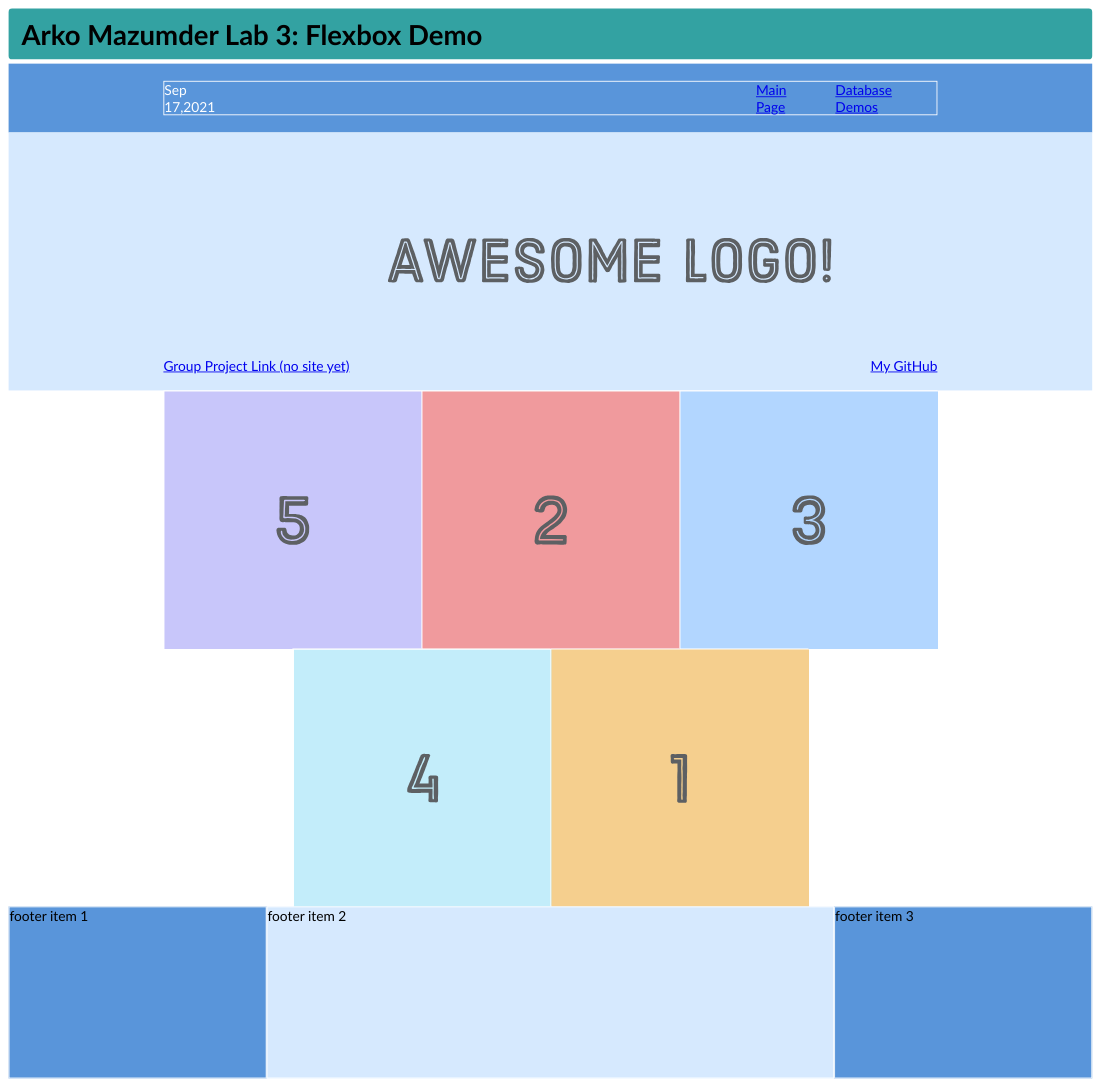
Repository: arkomz/INST377-Lab-Work
Page: client/lab_3/index.html
These files come from the project's save history. The page is drawn as it stood at one moment and after the next save; the edit follows.
The browser window is 1280 px wide. The pictures show the whole page, at 86% of full size.

Above is the page before, as saved 2021-09-17 15:36:53.

### client/lab_3/index.html
<!DOCTYPE html>
<html lang='en'>
  <head>
    <meta charset='UTF-8'/>
    <title>Arko Mazumder</title>
    <link rel='stylesheet' href='styles.css'/>
  </head>
  <body>
    <div class = 'wrapper'>
    <h1 class='title'> Arko Mazumder Lab 3: Flexbox Demo</h1>
    <div class='menu-container'>
      <div class='menu'>
        <div class='date'>Sep 17,2021</div>

        <div class='signup'> <a href = 'index.html'> Main Page</a> </div>
        <div class='login'> <a href = 'data.html'> Database Demos</a> </div>

      </div>
      </div>

      <div class='header-container'>
            <div class='header'>
            <div class='subscribe'> <a href =  "https://INST377Group4.com"> Group Project Link (no site yet)</a></div>
            <div class='logo'><img src='images/awesome-logo.svg'/></div>
            <div class='social'> <a href = "https://github.com/arkomz"> My GitHub </a> </div>
          </div>
        </div>

    <div class='photo-grid-container'>
              <div class='photo-grid'>
                <div class='photo-grid-item first-item'>
                  <img src='images/one.svg'/>
                </div>
                <div class='photo-grid-item'>
                  <img src='images/two.svg'/>
                </div>
                <div class='photo-grid-item'>
                  <img src='images/three.svg'/>
                </div>
                <div class='photo-grid-item'>
                  <img src='images/four.svg'/>
                </div>
                <div class='photo-grid-item last-item'>
                  <img src='images/five.svg'/>
                </div>
              </div>
            </div>

            <div class='footer'>
            <div class='footer-item Footer One footer-one'> footer item 1</div>
            <div class='footer-item footer-two'> footer item 2</div>
            <div class='footer-item footer-three'> footer item 3</div>
          </div>

    </div>
  </body>

### client/lab_3/styles.css
* {
    margin: 0;
    padding: 0;
    box-sizing: border-box;
  }

  .wrapper {
    display:flex;
    flex-direction: column;
    font-family: ‘Segoe UI’, Candara, ‘Bitstream Vera Sans’, ‘DejaVu Sans’, ‘Bitsream Vera Sans’, ‘Trebuchet MS’, Verdana, ‘Verdana Ref’, sans-serif;
    margin:10px;
  }


  .title{
    display: inline-block;
    background-color: rgba(0,139, 139,0.8);
    border-radius: 4px;
    padding: 10px 15px;
    margin: 0;
    margin-bottom: 5px;
  }

  .menu-container {
    color: #fff;
    background-color: #5995DA;  /* Blue */
    padding: 20px 0;
    display: flex;
    justify-content: center;
  }

  .menu {
    border: 1px solid #fff;
    width: 900px;
    display: flex;
    justify-content: space-between;
  }

  .links {
    border: 1px solid #fff;  /* For debugging */
    display: flex;
    justify-content: flex-end;
  }

  .login {
    margin-left: 20px;
  }

  .header-container {
    color: #5995DA;
    background-color: #D6E9FE;
    display: flex;
    justify-content: center;
  }

  .header {
    width: 900px;
    height: 300px;
    display: flex;
    justify-content: space-between;
    align-items: center;
  }

  .photo-grid-container {
    display: flex;
    justify-content: center;
  }

  .photo-grid {
    width: 900px;
    display: flex;
    justify-content: center;
    flex-wrap: wrap;
    flex-direction: row;
    align-items: center;
  }

  .photo-grid-item {
    border: 1px solid #fff;
    width: 300px;
    height: 300px;
  }

  .first-item {
    order: 1;
  }

  .last-item {
    order: -1;
  }

  .social,
  .subscribe {
    align-self: flex-end;
    margin-bottom: 20px;
    }

    .footer {
        display: flex;
        justify-content: space-between;
      }

  .footer-item {
    border: 1px solid #fff;
    background-color: #D6E9FE;
    height: 200px;
    flex: 1;
  }

  .footer-three {
    flex: 2;
  }

  .footer-one,
  .footer-three {
    background-color: #5995DA;
    flex: initial;
    width: 300px;
  }

  .signup {
    margin-left: 600px;
  }

After the next save:
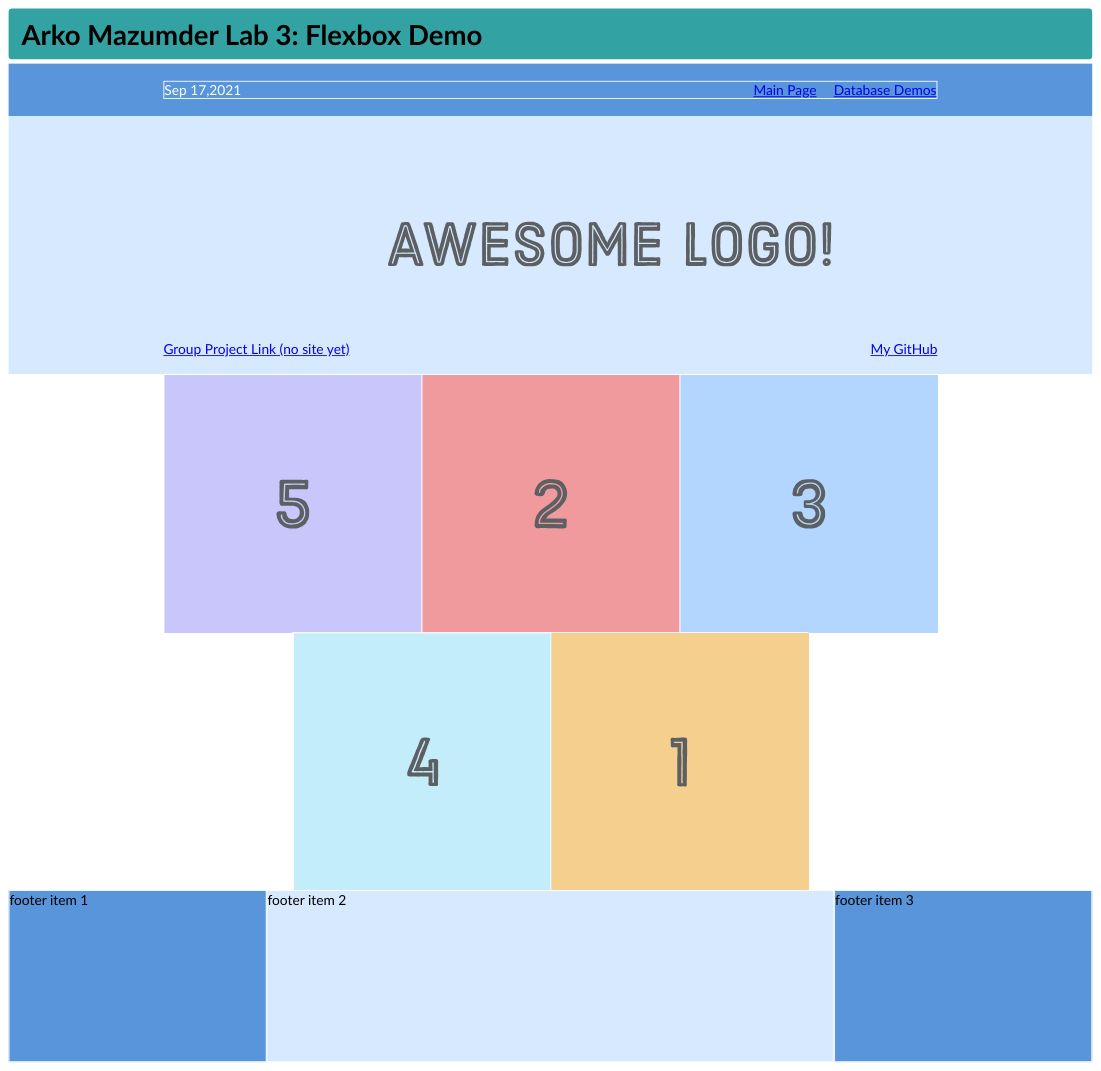
Saved 13 s later.
--- a/client/lab_3/styles.css
+++ b/client/lab_3/styles.css
@@ -119,5 +119,5 @@
   }
 
   .signup {
-    margin-left: 600px;
+    margin-left: auto;
   }
